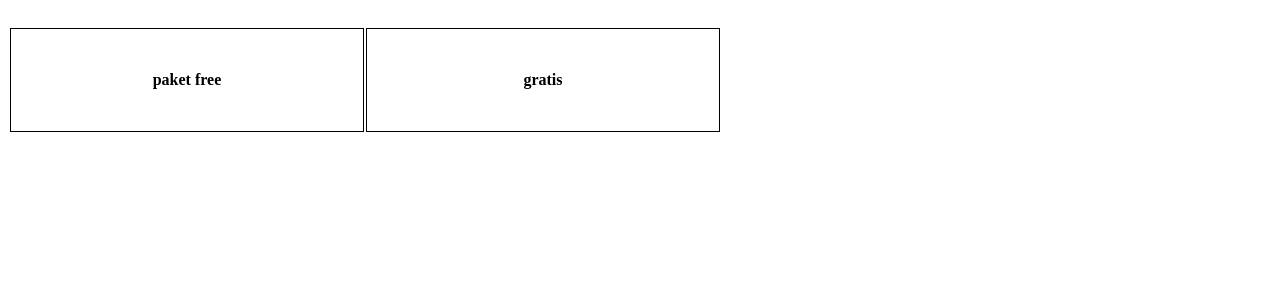
Repository: AHSANS354/tugas-sib5
Page: tugas css/index.html
These files come from the project's save history. The page is drawn as it stood at one moment and after the next save; the edit follows.
The browser window is 1280 px wide. The pictures show the whole page.

Above is the page before, as saved 2023-08-29 11:55:30.

After the next save:
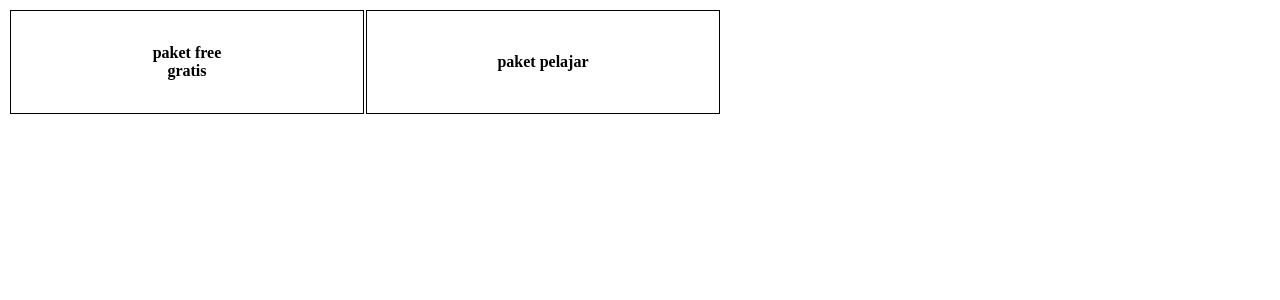
Saved 51 s later.
--- a/tugas css/index.html
+++ b/tugas css/index.html
@@ -12,9 +12,8 @@
         <div class="col">
           <table>
             <tr>
-              <th>paket free</th>
-              <br />
-              <th>gratis</th>
+              <th>paket free <br />gratis</th>
+              <th>paket pelajar</th>
             </tr>
           </table>
         </div>
